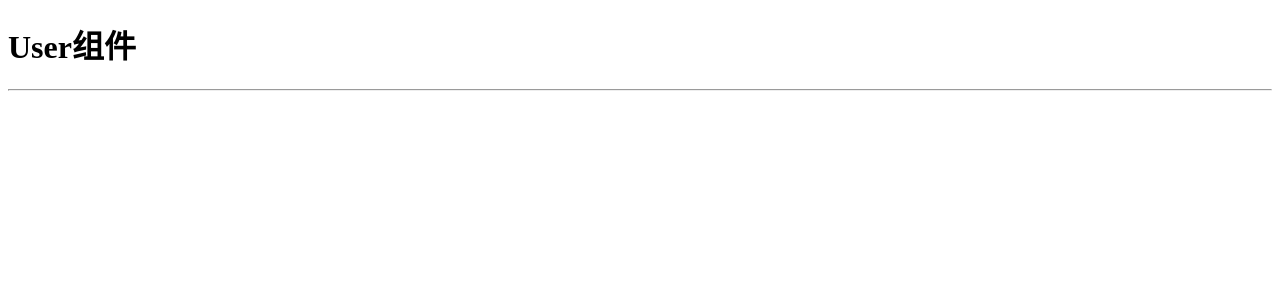
Repository: chenguocan/Vue_-
Page: vue-router嵌套.html
These files come from the project's save history. The page is drawn as it stood at one moment and after the next save; the edit follows.
The browser window is 1280 px wide. The pictures show the whole page.

Above is the page before, as saved 2020-07-26 10:01:23.

### vue-router嵌套.html
<!DOCTYPE html>
<html lang="en">
  <head>
    <meta charset="UTF-8" />
    <meta name="viewport" content="width=device-width, initial-scale=1.0" />
    <title>Document</title>
  </head>
  <body>
    <div id="app">
      <router-link to="/user"></router-link>
      <router-link to="/register"></router-link>
      <router-view></router-view>
    </div>
  </body>
  <script src="./js/vue.js"></script>
  <script src="./js/vue-router_3.0.2.js"></script>
  <script>
    const User = {
      template: `
        <div>
            <h1>User组件</h1>
            <hr/>
            <router-link to="/user/tab1"></router-link>
            <router-link to="/user/tab2"></router-link>
            <router-view></router-view>
        </div>
        `,
    };
    const Register = {
      template: `
        <div>
            <h1>Register组件</h1>
            <hr/>
            <router-link to="/register/tab1"></router-link>
            <router-link to="/register/tab1"></router-link>
            <router-view></routerview>
        </div>
        `,
    };
    const Tab1 = {
      template: `
        <h2>Tab1组件</h2>
        `,
    };
    const Tab2 = {
      template: `
        <h2>Tab2组件</h2>
        `,
    };
    const router = new VueRouter({
      routes: [
        {
          path: "/",
          redirect: "/user",
        },
        {
          path: "/user",
          component: User,
          children: [
            {
              path: "/user/tab1",
              component: Tab1,
            },
            {
              path: "/user/tab2",
              component: Tab2,
            },
          ],
        },
        {
          path: "register",
          component: Register,
          children: [
            {
              path: "/register/tab1",
              component: Tab1,
            },
            {
              path: "/register/tab2",
              component: Tab2,
            },
          ],
        },
      ],
    });
    const app = new Vue({
      el: "#app",
      data: {},
      router,
    });
  </script>
</html>

Loaded but not shown: js/vue.js (library); js/vue-router_3.0.2.js (2626 lines, source omitted)

After the next save:
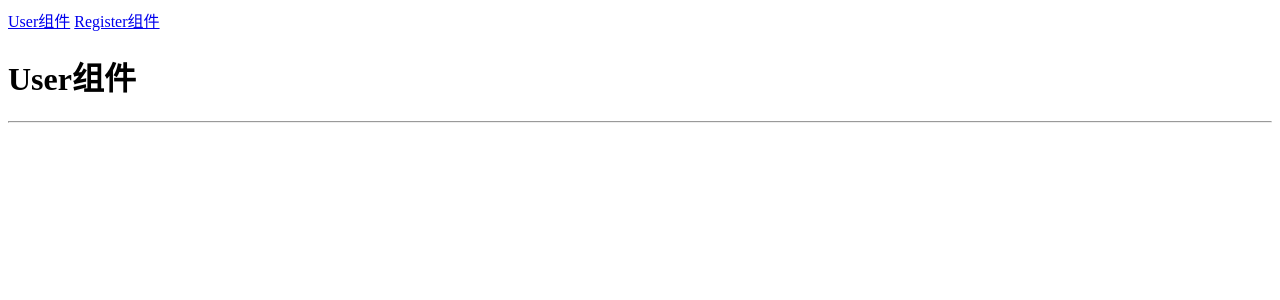
Saved 20 s later.
--- a/vue-router嵌套.html
+++ b/vue-router嵌套.html
@@ -7,8 +7,8 @@
   </head>
   <body>
     <div id="app">
-      <router-link to="/user"></router-link>
-      <router-link to="/register"></router-link>
+      <router-link to="/user">User组件</router-link>
+      <router-link to="/register">Register组件</router-link>
       <router-view></router-view>
     </div>
   </body>
